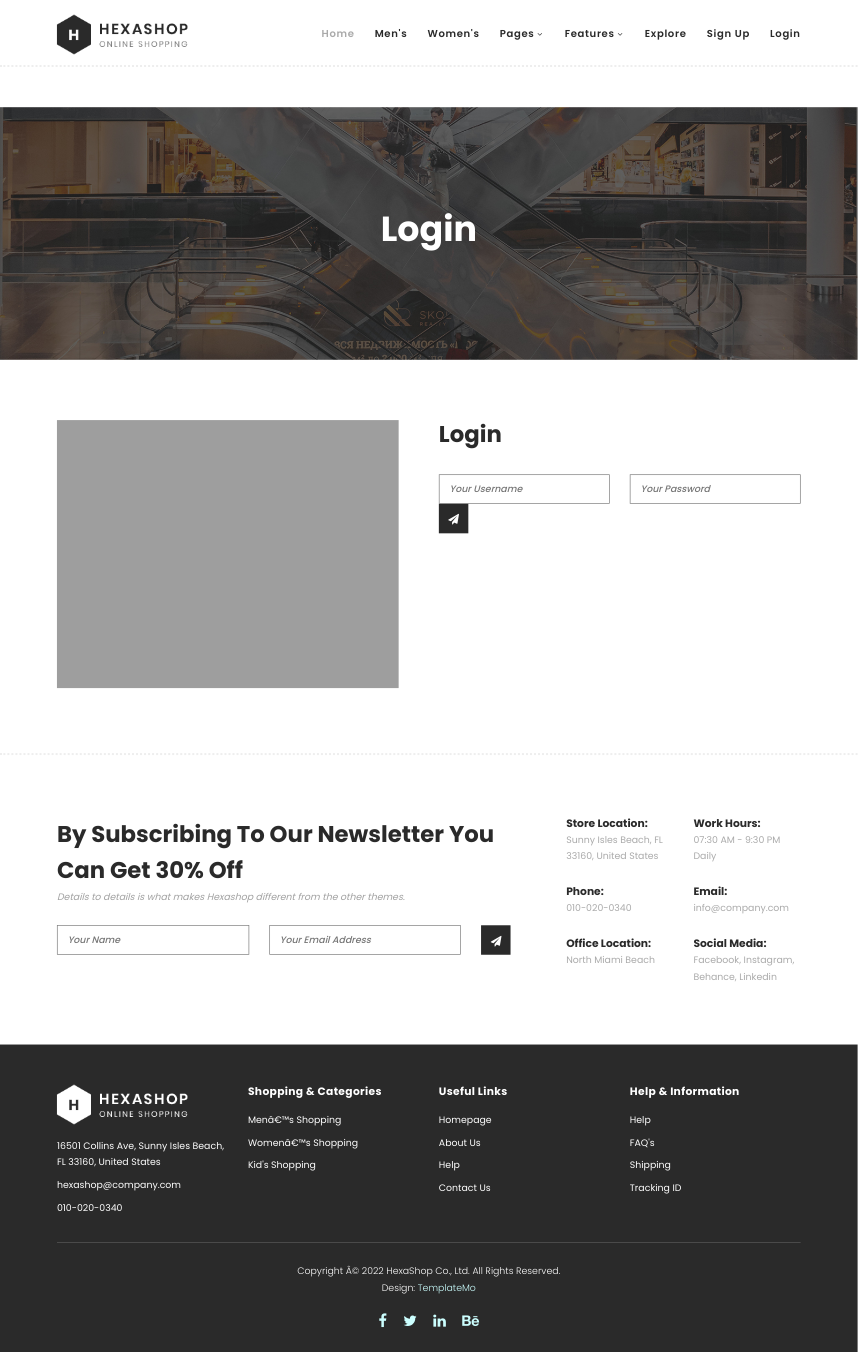
Repository: anmoltrivedi2111/JAVA
Page: http://localhost/HexaShop/login.jsp
An editor plug-in stored every save of this project. The page is shown before and after the next save, followed by the edit.
The browser window is 1280 px wide. The pictures show the whole page, at 67% of full size.
Pictures or frames that could not be fetched are drawn as grey boxes. The page is served by Tomcat 9.

Above is the page before, as saved 2025-05-21 05:41:05.
Console error: TypeError: Cannot read properties of undefined (reading 'top')

After the next save:
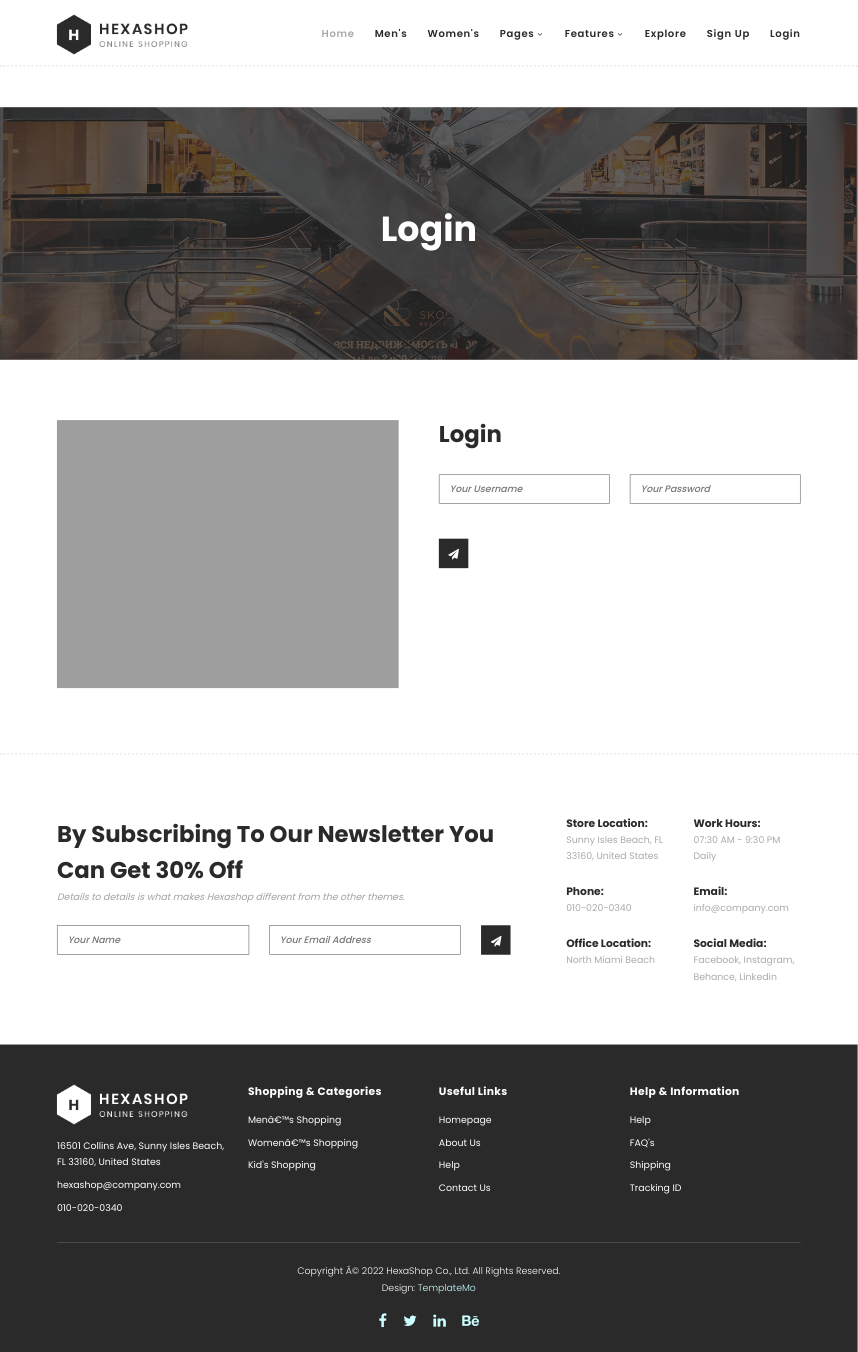
Saved 2 min 16 s later.
--- a/eclipse-workspace/HexaShop/src/main/webapp/login.jsp
+++ b/eclipse-workspace/HexaShop/src/main/webapp/login.jsp
@@ -42,11 +42,13 @@
                               <input name="unm" type="text" id="email" placeholder="Your Username" required="">
                             </fieldset>
                             </div>
+                            <br><br><br><br>
                              <div class="col-lg-6">
                             <fieldset>
                               <input name="pw" type="password" id="email" placeholder="Your Password" required="">
                             </fieldset>
                             </div>
+                            <br><br><br><br>
                             <div class="col-lg-2">
                             <fieldset>
                               <button type="submit" id="form-submit" class="main-dark-button"><i class="fa fa-paper-plane"></i></button>
